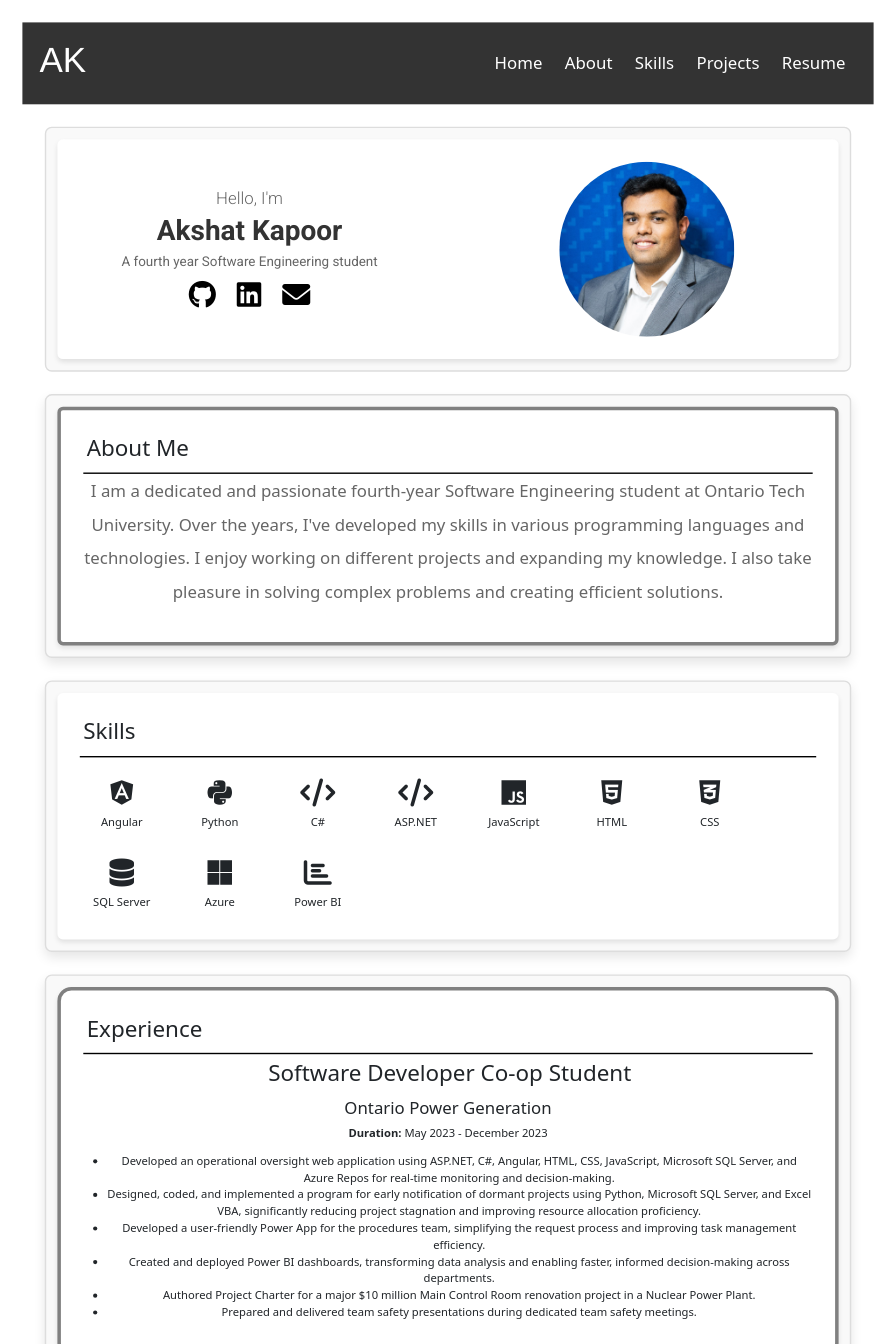
Repository: AkshatKapo/My-Portfolio
Page: /
These files come from the project's save history. The page is drawn as it stood at one moment and after a run of saves; the edit follows.
The browser window is 1280 px wide. The pictures show the part of the page from y = 0 to 1920 px (the page is 3269 px tall), at 70% of full size.
The project was rebuilt for these pictures with package versions that can differ from the ones it lists, and the page was loaded fresh each time. Also part of the build but not shown: vite.config.js.

Above is the page before, as saved 2024-06-18 18:24:28.

### index.html
<!DOCTYPE html>
<html lang="en">
  <head>
    <meta charset="UTF-8" />
    <link rel="stylesheet" href="https://cdnjs.cloudflare.com/ajax/libs/font-awesome/6.0.0-beta3/css/all.min.css">
    <link rel="stylesheet" href="https://maxcdn.bootstrapcdn.com/bootstrap/4.5.2/css/bootstrap.min.css">

    <meta name="viewport" content="width=device-width, initial-scale=1.0" />
    <title>Vite + React</title>
  </head>
  <body>
    <div id="root"></div>
    <script type="module" src="/src/main.jsx"></script>
  </body>
</html>

### src/main.jsx
import React from 'react'
import ReactDOM from 'react-dom/client'
import App from './App'
import './index.css'
import 'bootstrap/dist/css/bootstrap.min.css';


ReactDOM.createRoot(document.getElementById('root')).render(
  <React.StrictMode>
    <App />
  </React.StrictMode>,
)

### src/index.css
body {
    font-family: 'Segoe UI', Tahoma, Geneva, Verdana, sans-serif;
    background-color:#ccddff;
    color:black;
    margin: 0;
    padding: 0;
  }


  #root {
    display: flex;
    flex-direction: column;
    min-height: 100vh;
  }

### src/App.css
#root {
  max-width: 1280px;
  margin: 0 auto;
  padding: 2rem;
  text-align: center;
}
.reveal {
  opacity: 0;
  transform: translateY(100px);
  transition: opacity 0.6s ease-out, transform 0.6s ease-out;
}

.reveal.active {
  opacity: 1;
  transform: translateY(0);
}

### src/components/Header.jsx
import React from 'react'
import './Header.css'

const Header = () => {
  return (
    <header>
      <h1 className='title'>AK</h1>
      <nav>
        <ul>
          <li><a href="#home">Home</a></li>
          <li><a href="#about">About</a></li>
          <li><a href="#skills">Skills</a></li>
          <li><a href="#projects">Projects</a></li>
          <li><a href="/Akshat_Kapoor_Resume.pdf">Resume</a></li>
        </ul>
      </nav>
    </header>
  )
}

export default Header

### src/components/Home.jsx
import React from "react";
import "./Home.css";

const Home = () => {
  return (
    <div className="reveal">
      <section id="home">
        <div className="home-content">
          <div className="text-content">
            <h3>Hello, I'm</h3>
            <h1>Akshat Kapoor</h1>
            <h4>A fourth year Software Engineering student</h4>
            <div className="social-icons">
              <a href="https://github.com/yourusername" target="_blank" rel="noopener noreferrer">
                <i className="fab fa-github"></i>
              </a>
              <a href="https://www.linkedin.com/in/yourusername" target="_blank" rel="noopener noreferrer">
                <i className="fab fa-linkedin"></i>
              </a>
              <a href="mailto:youremail@gmail.com" target="_blank" rel="noopener noreferrer">
                <i className="fas fa-envelope"></i>
              </a>
            </div>
          </div>
          <div className="line1"></div>
          <div className="image-content">
            <img
              src="/assets/images/1666144074188.jpeg"
              alt="Akshat Kapoor"
              className="profile-image"
            />
          </div>
        </div>
      </section>
    </div>
  );
};

export default Home;

### src/components/About.jsx
import React from 'react';
import './About.css';

function About() {
  return (
    <section id="about">
      <div id='about-content'>
       <h2>About Me</h2>
       <div className='seperator'>


       </div>
       <p>I am a dedicated and passionate fourth-year Software Engineering student at Ontario Tech University. Over the years, I've developed my skills in various programming languages and technologies. I enjoy working on different projects and expanding my knowledge. I also take pleasure in solving complex problems and creating efficient solutions. </p>
      </div>
    </section>
  );
}

export default About;

### src/components/Experience.jsx
import React from 'react'
import './Experience.css'

const Experience = () => {
  return (
    <div className="reveal">
      <section id="experience">
        <div id="experience-content">
          <h2>Experience</h2>
          <div className="divider1"></div>
          <div>
            <h3>Software Developer Co-op Student</h3>
            <h4>Ontario Power Generation</h4>
            <p>
              <strong>Duration:</strong> May 2023 - December 2023
            </p>
            <ul>
              <li>Developed an operational oversight web application using ASP.NET, C#, Angular, HTML, CSS, JavaScript, Microsoft SQL Server, and Azure Repos for real-time monitoring and decision-making.</li>
              <li>Designed, coded, and implemented a program for early notification of dormant projects using Python, Microsoft SQL Server, and Excel VBA, significantly reducing project stagnation and improving resource allocation proficiency.</li>
              <li>Developed a user-friendly Power App for the procedures team, simplifying the request process and improving task management efficiency.</li>
              <li>Created and deployed Power BI dashboards, transforming data analysis and enabling faster, informed decision-making across departments.</li>
              <li>Authored Project Charter for a major $10 million Main Control Room renovation project in a Nuclear Power Plant.</li>
              <li>Prepared and delivered team safety presentations during dedicated team safety meetings.</li>
            </ul>
          </div>
        </div>
      </section>
    </div>
  )
}

export default Experience

### src/components/Contact.jsx
import React from "react";
import "./Contact.css";

const Contact = () => {
  return (
    <footer id="footer">
      <div className="footer-content">
        <ul className="footer-icons">
          <li>
            <a
              href="https://github.com/yourusername"
              target="_blank"
              rel="noopener noreferrer"
            >
              <i className="fab fa-github"></i>
            </a>
          </li>
          <li>
            <a
              href="https://www.linkedin.com/in/yourusername"
              target="_blank"
              rel="noopener noreferrer"
            >
              <i className="fab fa-linkedin"></i>
            </a>
          </li>
          <li>
            <a
              href="mailto:youremail@gmail.com"
              target="_blank"
              rel="noopener noreferrer"
            >
              <i className="fas fa-envelope"></i>
            </a>
          </li>
        </ul>

      </div>
      <p className="footer-copy">© 2024 Akshat Kapoor</p>
    </footer>
  );
};

export default Contact;

### src/components/skill.jsx
import React from 'react'
import './skill.css'

const skills = [
    { name: "Angular", icon: "fab fa-angular" },
    { name: "Python", icon: "fab fa-python" },
    { name: "C#", icon: "fas fa-code" },
    { name: "ASP.NET", icon: "fas fa-code" },
    { name: "JavaScript", icon: "fab fa-js" },
    { name: "HTML", icon: "fab fa-html5" },
    { name: "CSS", icon: "fab fa-css3-alt" },
    { name: "SQL Server", icon: "fas fa-database" },
    { name: "Azure", icon: "fab fa-microsoft" },
    { name: "Power BI", icon: "fas fa-chart-bar" },
  ];

function skill() {
  return (
    <div className="reveal">
      <section id="skills">
        <div className="skills-content">
          <h2>Skills</h2>
          <div className="separator"></div>
          <div className="skills-list">
            {skills.map((skill) => (
              <div className="skill" key={skill.name}>
                <i className={skill.icon}></i>
                <p>{skill.name}</p>
              </div>
            ))}
          </div>
        </div>
      </section>
    </div>
  )
}

export default skill

### src/components/Header.css
header {
  background-color: #333;
  color: white;
  padding: 2%;
  display: flex;
  justify-content: space-between;
  align-items: center;

    /* text-align: center; */
  }
  .title {
    font-family: 'Helvetica', sans-serif;
    font-size: 50px;
    background:white;
    -webkit-background-clip: text;
    color: transparent;
  }


  nav ul {
    list-style-type: none;
    padding: 0;
    margin: 0;
    display: flex;
  }

  nav ul li {
    margin: 0 1rem;
  }

  nav ul li a {
    color: white;
    text-decoration: none;
    font-size: 150%;
  }

### src/components/Home.css
 @import url('https://fonts.googleapis.com/css2?family=Roboto:wght@300;400;700&display=swap');

#home {
  padding: 1rem;
  display: flex;
  justify-content: center;
  align-items: center;
  background-color: #f9f9f9;
  border: 2px solid #ddd; /* Light border */
  border-radius: 10px; /* Rounded corners */
  margin: 2rem; /* Margin to ensure it doesn’t touch the edges of the container */
}

.home-content {
  display: flex;
  align-items: center;
  width: 100%;
  max-width: 1200px; /* Adjust the max-width as needed */
  background: #fff; /* Background for the content */
  padding: 2rem; /* Padding around the content */
  box-shadow: 0 4px 8px rgba(0, 0, 0, 0.1); /* Shadow for styling */
  border-radius: 8px; /* Rounded corners */

}

.line1 {
  border-left: 2px solid black;
  height: auto; /* Set to auto to match the height of the content */
  margin: 0 2rem; /* Adjust as needed to create space around the line */
}
.text-content {
  flex: 1;
  padding-right: 1rem;
  font-family: 'Roboto', sans-serif;
}

.text-content h2 {
  font-size: 2.5rem; /* Adjust the font size as needed */
  font-weight: 900;
  color: #333;
  margin-bottom: 1rem;
}
.text-content h3 {
  font-size: 1.5rem; /* Adjust the font size as needed */
  font-weight: 300;
  color: #666;
  margin-bottom: 0.5rem;
}

.text-content h1 {
  font-size: 2.5rem; /* Adjust the font size as needed */
  font-weight: 700;
  color: #333;
  margin-bottom: 0.5rem;
}
.text-content h4 {
  font-size: 1.2rem; /* Adjust the font size as needed */
  font-weight: 400;
  color: #666;
  margin-bottom: 1rem;
}


.text-content p {
  font-size: 1rem; /* Adjust the font size as needed */
  line-height: 1.6; /* Adjust the line height as needed */
  color: #666;
  font-weight: 300;
}

.image-content {
  flex: 1;
  display: flex;
  justify-content: center;
}

.profile-image {
  width: 250px;
  height: 250px;
  border-radius: 50%;
  object-fit: cover;
}

.social-icons {
  display: flex;
  gap: 30px; /* Adjust the spacing between icons */
  justify-content: center;
}

.social-icons a {
  color: #000; /* Change the color if needed */
  text-decoration: none;
}

.social-icons .icon {
  width: 40px; /* Adjust the size of the icons */
  height: 40px; /* Adjust the size of the icons */
}

.social-icons i {
  font-size: 40px; /* Adjust the size of the font-awesome icons */
}

/* Add hover effect if desired */
.social-icons a:hover {
  opacity: 0.7; /* Example hover effect */
}

### src/components/About.css
#about {
  padding: 1rem;
  display: flex;
  background-color: #f9f9f9;
  border: 2px solid #ddd; /* Light border */
  border-radius: 10px; /* Rounded corners */
  box-shadow: 0 8px 16px rgba(0, 0, 0, 0.1); /* Shadow for depth */
  margin: 2rem; /* Margin to ensure it doesn’t touch the edges of the container */



}
#about-content {
  display: table-column;
  justify-content: space-between;
  width: 100%;
  max-width: 1200px; /* Adjust the max-width as needed */
  background: #fff; /* Background for the content */
  padding: 2rem; /* Padding around the content */
  box-shadow: 0 4px 8px rgba(0, 0, 0, 0.1); /* Shadow for styling */
  border-radius: 8px; /* Rounded corners */
}


#about h2 {
  font-size: 2rem;
  text-align: left; /* This will align the heading to the left */
  margin-bottom: 1rem; /* Adding some space between the heading and the paragraph */
  margin-top: 0.2rem;
  margin-left: 0.3rem;


}
.seperator {
  border-top: 2px solid black;
  width: 100%; /* Adjust as needed */
  margin: 20px 3; /* Adjust as needed */
}

#about p {
  font-size: 1.5rem; /* Adjust the font size as needed */
  line-height: 2; /* Adjust the line height as needed */
  color: #666;
  font-weight: 300;
  }
#about {
  padding: 1rem;
  display: flex;
  background-color: #f9f9f9;
  border: 2px solid #ddd; /* Light border */
  border-radius: 10px; /* Rounded corners */
  box-shadow: 0 8px 16px rgba(0, 0, 0, 0.1); /* Shadow for depth */
  margin: 2rem; /* Margin to ensure it doesn’t touch the edges of the container */



}
#about-content {
  display: table-column;
  justify-content: space-between;
  width: 100%;
  max-width: 1200px; /* Adjust the max-width as needed */
  background: #fff; /* Background for the content */
  padding: 2rem; /* Padding around the content */
  box-shadow: 0 4px 8px rgba(0, 0, 0, 0.1); /* Shadow for styling */
  border-radius: 8px; /* Rounded corners */
  border: 5px solid grey

}


#about h2 {
  font-size: 2rem;
  text-align: left; /* This will align the heading to the left */
  margin-bottom: 1rem; /* Adding some space between the heading and the paragraph */
  margin-top: 0.2rem;
  margin-left: 0.3rem;


}
.seperator {
  border-top: 2px solid black;
  width: 100%; /* Adjust as needed */
  margin: 20px 3; /* Adjust as needed */
}

#about p {
  font-size: 1.5rem; /* Adjust the font size as needed */
  line-height: 2; /* Adjust the line height as needed */
  color: #666;
  font-weight: 300;
  }

### src/components/Experience.css
#experience {
  padding: 1rem;
  display: flex;
  background-color: #f9f9f9;
  border: 2px solid #ddd; /* Light border */
  border-radius: 10px; /* Rounded corners */
  box-shadow: 0 8px 16px rgba(0, 0, 0, 0.1); /* Shadow for depth */
  margin: 2rem; /* Margin to ensure it doesn’t touch the edges of the container */
  }
  #experience-content{
    display: table-column;
    justify-content: space-between;
    width: 100%;
    max-width: 1200px; /* Adjust the max-width as needed */
    background: #fff; /* Background for the content */
    padding: 2rem; /* Padding around the content */
    box-shadow: 0 4px 8px rgba(0, 0, 0, 0.1); /* Shadow for styling */
    border-radius: 20px; /* Rounded corners */
    border: 5px solid grey;
  }
  #experience h2 {
    font-size: 2rem;
    text-align: left; /* This will align the heading to the left */
    margin-bottom: 1rem; /* Adding some space between the heading and the paragraph */
    margin-top: 0.2rem;
    margin-left: 0.3rem;

  }
  .divider1 {
    border-top: 2px solid black;
    width: 100%; /* Adjust as needed */
    margin: 20px 3; /* Adjust as needed */
  }
  #experience h3 {
    font-size: 2rem;
    text-align: center;
    margin-bottom: 1rem; /* Adding some space between the heading and the paragraph */
    margin-top: 0.5rem;
    margin-left: 0.3rem;

  }
  .experience-content ul {
    list-style-type: disc; /* or another type of bullet, like circle or square */
    margin-left: 20px;
  }

  .experience-content li {
    margin-bottom: 10px;
  }

### src/components/Contact.css
#footer {
  background-color: #333;
  padding: 1rem 0;
  text-align: center;
  color: white;
}

.footer-content {
  display: flex;
  justify-content: center;
  align-items: center;
  margin-bottom: 1rem;
}

.footer-icons {
  list-style: none;
  padding: 0;
  margin: 0;
  text-align: center;
}

.footer-icons li {
  display: inline-block;
  margin: 0 20px; /* Increased margin for more gap between icons */
}

.footer-icons li a {
  color: grey; /* Change color as needed */
  font-size: 40px; /* Adjust size as needed */
  text-decoration: none;
}

.footer-icons li a:hover {
  color: #007bff; /* Change color on hover as needed */
}
.footer-copy {
  margin-top: 1rem;
  font-size: 16px;
  color: #aaa;
}

### src/components/skill.css
#skills {
  padding: 1rem;
  display: flex;
  background-color: #f9f9f9;
  border: 2px solid #ddd; /* Light border */
  border-radius: 10px; /* Rounded corners */
  box-shadow: 0 8px 16px rgba(0, 0, 0, 0.1); /* Shadow for depth */
  margin: 2rem; /* Margin to ensure it doesn’t touch the edges of the container */
}

.skills-content {
  display: table-column;
  justify-content: space-between;
  width: 100%;
  max-width: 1200px; /* Adjust the max-width as needed */
  background: #fff; /* Background for the content */
  padding: 2rem; /* Padding around the content */
  box-shadow: 0 4px 8px rgba(0, 0, 0, 0.1); /* Shadow for styling */
  border-radius: 8px; /* Rounded corners */
}

.skills-list {
  display: flex;
  flex-wrap: wrap;
  gap: 20px;
}

#skills h2 {
  font-size: 2rem;
  text-align: left; /* This will align the heading to the left */
  margin-bottom: 1rem; /* Adding some space between the heading and the paragraph */
  margin-top: 0.2rem;
  margin-left: 0.3rem;
}

.skill {
  display: flex;
  flex-direction: column;
  align-items: center;
  width: 100px;
  margin: 10px;
}

.skill i {
  font-size: 40px;
  margin-bottom: 10px;
}

.skill p {
  font-size: 16px;
  margin: 0;
}

.separator {
  height: 2px;
  width: 100%; /* Set to 100% to fill the parent container */
  background-color: #000;
  margin: 10px auto 20px;
}

Loaded but not shown: src/components/projects.css (103 lines, source omitted); src/components/projects.jsx (77 lines, source omitted); src/App.jsx (62 lines, source omitted)

After the next 2 saves:
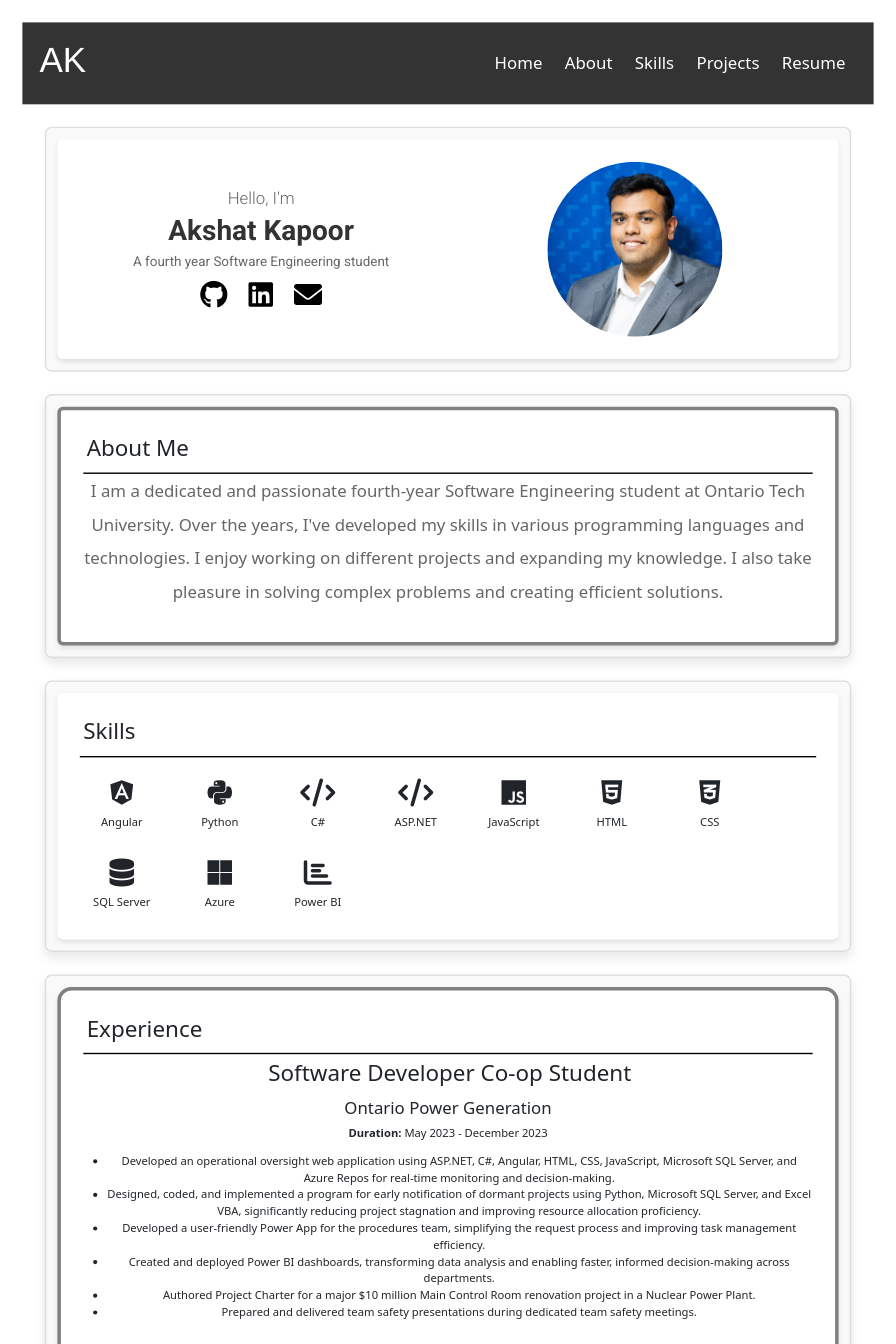
The 2 saves are shown as one change because they came seconds apart.
The last was saved 19 s later.
--- a/src/components/Home.css
+++ b/src/components/Home.css
@@ -23,7 +23,7 @@
 
 }
 
-.line1 {
+#line {
   border-left: 2px solid black;
   height: auto; /* Set to auto to match the height of the content */
   margin: 0 2rem; /* Adjust as needed to create space around the line */

After the 2 saves that followed:
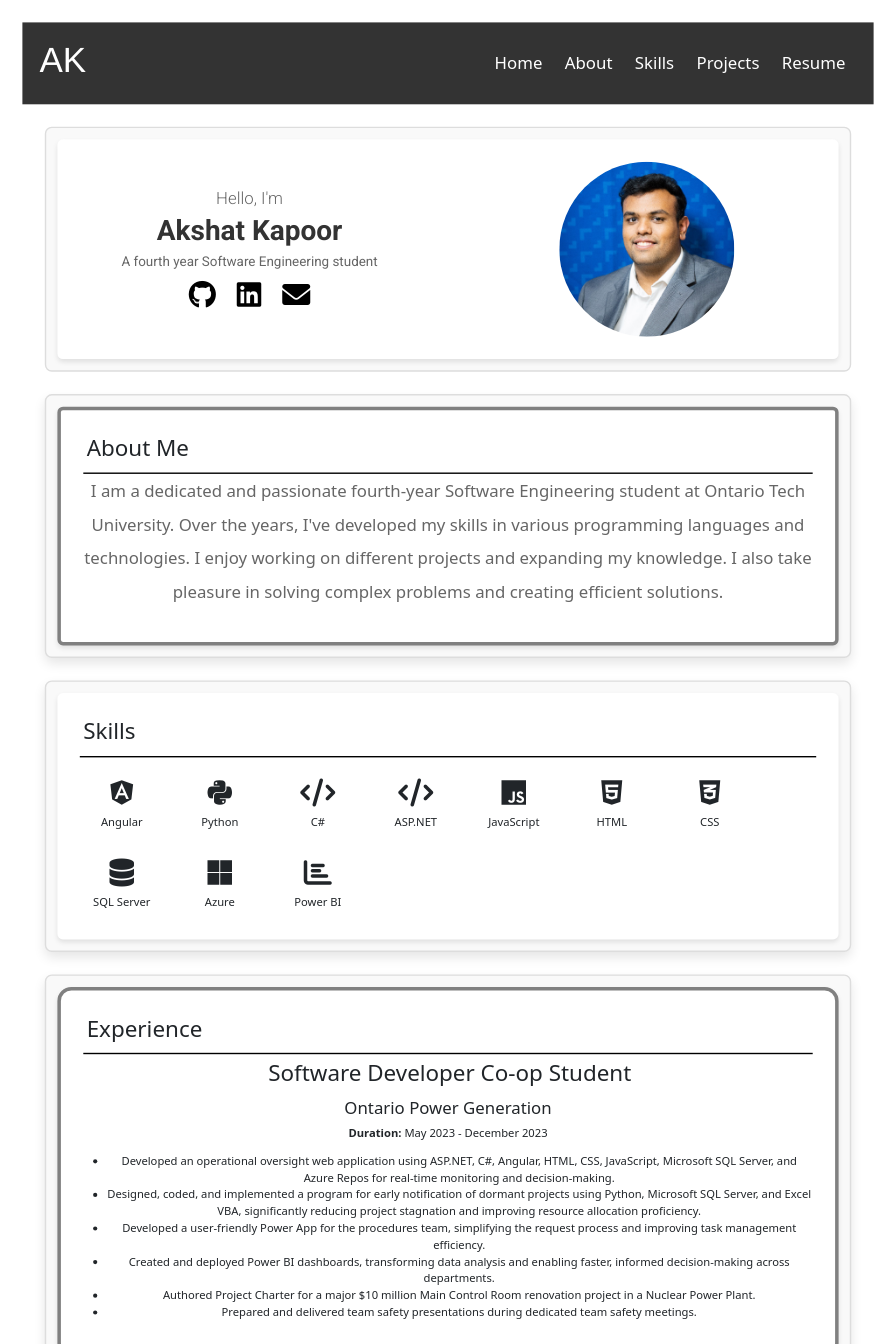
The 2 saves are shown as one change because 1 left the picture as it was.
The last was saved 30 s later.
--- a/src/components/Home.jsx
+++ b/src/components/Home.jsx
@@ -22,7 +22,7 @@ const Home = () => {
               </a>
             </div>
           </div>
-          <div className="line1"></div>
+          <div id="line1"></div>
           <div className="image-content">
             <img
               src="/assets/images/1666144074188.jpeg"
--- a/src/components/Home.css
+++ b/src/components/Home.css
@@ -23,7 +23,7 @@
 
 }
 
-#line {
+#line1 {
   border-left: 2px solid black;
   height: auto; /* Set to auto to match the height of the content */
   margin: 0 2rem; /* Adjust as needed to create space around the line */
